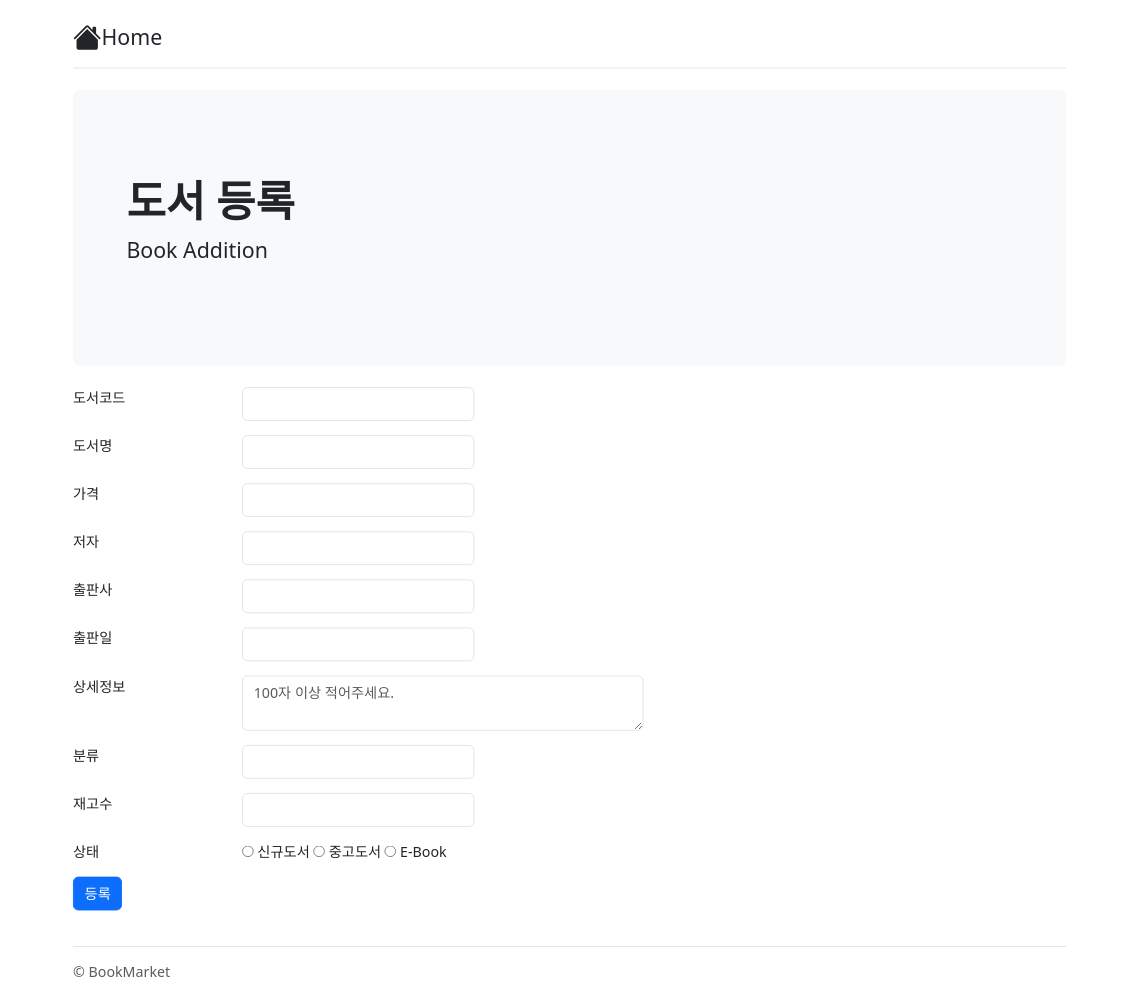
Repository: SJM7301/KH-JSP
Page: http://localhost/JSPBook/addBook.jsp
The author's editor kept a copy of each file at every save. The page is drawn from the files as they stood at one save, then again after the next save.
The browser window is 1280 px wide. The pictures show the whole page, at 89% of full size.
The page is served by Tomcat 10. Other server files are loaded and not shown.

Above is the page before, as saved 2025-02-06 03:06:57.

### JSPBook/src/main/webapp/addBook.jsp
<%@ page language="java" contentType="text/html; charset=UTF-8"
	pageEncoding="UTF-8"%>
<!DOCTYPE html>
<html>
<head>
<meta charset="UTF-8">
<title>도서 등록</title>
<link href="./resources/css/bootstrap.min.css" rel="stylesheet">
</head>
<body>
	<div class="container py-4">
		<%@ include file="menu.jsp"%>

		<div class="p-5 mb-4 bg-body-tertiary rounded-3">
			<div class="container-fluid py-5">
				<h1 class="display-5 fw-bold">도서 등록</h1>
				<p class="col-md-8 fs-4">Book Addition</p>
			</div>
		</div>

		<div class="row align-items-md-stretch">
			<form name="newBook" action="./processAddBook.jsp" class="form-horizontal" method="post" enctype="multipart/form-data">
				<div class="mb-3 row">
					<label class="col-sm-2">도서코드</label>
					<div class="col-sm-3">
						<input type="text" name="bookId" class="form-control">
					</div>
				</div>
				<div class="mb-3 row">
					<label class="col-sm-2">도서명</label>
					<div class="col-sm-3">
						<input type="text" name="name" class="form-control">
					</div>
				</div>
				<div class="mb-3 row">
					<label class="col-sm-2">가격</label>
					<div class="col-sm-3">
						<input type="text" name="unitPrice" class="form-control">
					</div>
				</div>
				<div class="mb-3 row">
					<label class="col-sm-2">저자</label>
					<div class="col-sm-3">
						<input type="text" name="author" class="form-control">
					</div>
				</div>
				<div class="mb-3 row">
					<label class="col-sm-2">출판사</label>
					<div class="col-sm-3">
						<input type="text" name="publisher" class="form-control">
					</div>
				</div>
				<div class="mb-3 row">
					<label class="col-sm-2">출판일</label>
					<div class="col-sm-3">
						<input type="text" name="releaseDate" class="form-control">
					</div>
				</div>


				<div class="mb-3 row">
					<label class="col-sm-2">상세정보</label>
					<div class="col-sm-5">
						<textarea name="description" rows="2" cols="50" class="form-control" placeholder="100자 이상 적어주세요."></textarea>
					</div>
				</div>
				<div class="mb-3 row">
					<label class="col-sm-2">분류</label>
					<div class="col-sm-3">
						<input type="text" name="category" class="form-control">
					</div>
				</div>
				<div class="mb-3 row">
					<label class="col-sm-2">재고수</label>
					<div class="col-sm-3">
						<input type="text" name="unitsInStock" class="form-control">
					</div>
				</div>
				<div class="mb-3 row">
					<label class="col-sm-2">상태</label>
					<div class="col-sm-3">
						<input type="radio" name="condition" value="New"> 신규도서
						<input type="radio" name="condition" value="Old"> 중고도서
						<input type="radio" name="condition" value="EBook"> E-Book
					</div>
				</div>
				<div class="mb-3 row">
					<div class="col-sm-offset-2 col-sm-10">
						<input type="submit" class="btn btn-primary" value="등록">
					</div>
				</div>
			</form>
		</div>
		<jsp:include page="footer.jsp" />
	</div>
</body>
</html>

### JSPBook/src/main/webapp/menu.jsp
<%@ page language="java" contentType="text/html; charset=UTF-8"
    pageEncoding="UTF-8"%>
<!DOCTYPE html>
<html>
<head>
<meta charset="UTF-8">
<title>Insert title here</title>
</head>
<body>
	<header class="pb-3 mb-4 border-bottom">
			<a href="./books.jsp" class="d-flex align-items-center text-dark text-decoration-none">
			<svg width="32" height="32" fill="currentColor" class="bi bi-house-fill" viewBox="0 0 16 16">
				<path d="M8.707 1.5a1 1 0 0 0-1.414 0L.646 8.146a.5.5 0 0 0 .708.708L8 2.207l6.646 6.647a.5.5 0 0 0 .708-.708L13 5.793V2.5a.5.5 0 0 0-.5-.5h-1a.5.5 0 0 0-.5.5v1.293L8.707 1.5Z"/>
				<path d="m8 3.293 6 6V13.5a1.5 1.5 0 0 1-1.5 1.5h-9A1.5 1.5 0 0 1 2 13.5V9.293l6-6Z"/>
			</svg>
				<span class="fs-4">Home</span>
			</a>
		</header>
</body>
</html>

### JSPBook/src/main/webapp/footer.jsp
<%@ page language="java" contentType="text/html; charset=UTF-8"
    pageEncoding="UTF-8"%>
<!DOCTYPE html>
<html>
<head>
<meta charset="UTF-8">
<title>Insert title here</title>
</head>
<body>
	<footer class="pt-3 mt-4 text-body-secondary border-top">
			&copy; BookMarket
	</footer>
</body>
</html>

Loaded but not shown: JSPBook/src/main/webapp/resources/css/bootstrap.min.css (library)

After the next save:
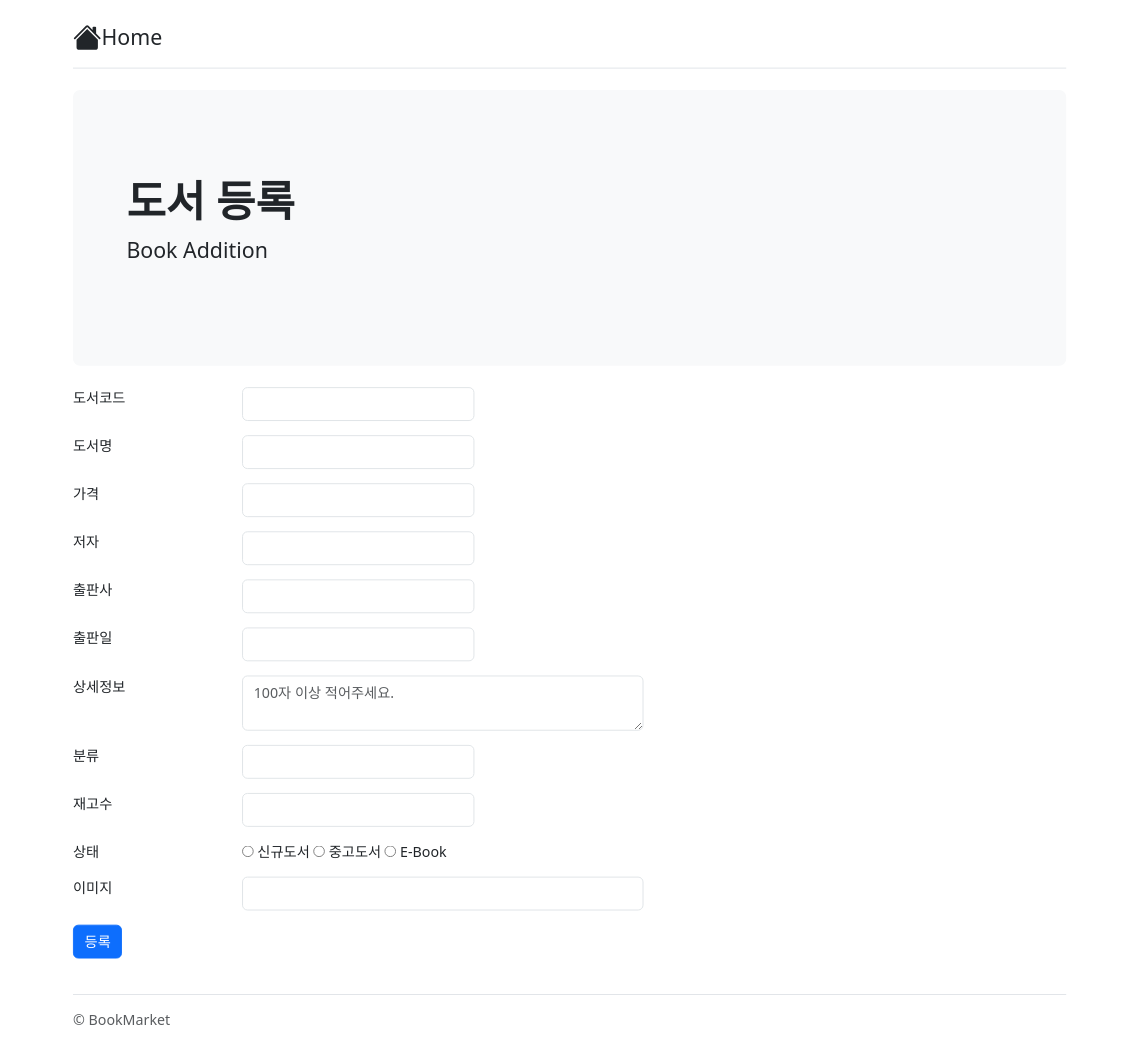
Saved 101 s later.
--- a/JSPBook/src/main/webapp/addBook.jsp
+++ b/JSPBook/src/main/webapp/addBook.jsp
@@ -78,12 +78,20 @@
 				</div>
 				<div class="mb-3 row">
 					<label class="col-sm-2">상태</label>
-					<div class="col-sm-3">
+					<div class="col-sm-5">
 						<input type="radio" name="condition" value="New"> 신규도서
 						<input type="radio" name="condition" value="Old"> 중고도서
 						<input type="radio" name="condition" value="EBook"> E-Book
 					</div>
 				</div>
+
+				<div class="mb-3 row">
+					<label class="col-sm-2">이미지</label>
+					<div class="col-sm-5">
+						<input type="text" name="unitsInStock" class="form-control">
+					</div>
+				</div>
+
 				<div class="mb-3 row">
 					<div class="col-sm-offset-2 col-sm-10">
 						<input type="submit" class="btn btn-primary" value="등록">
